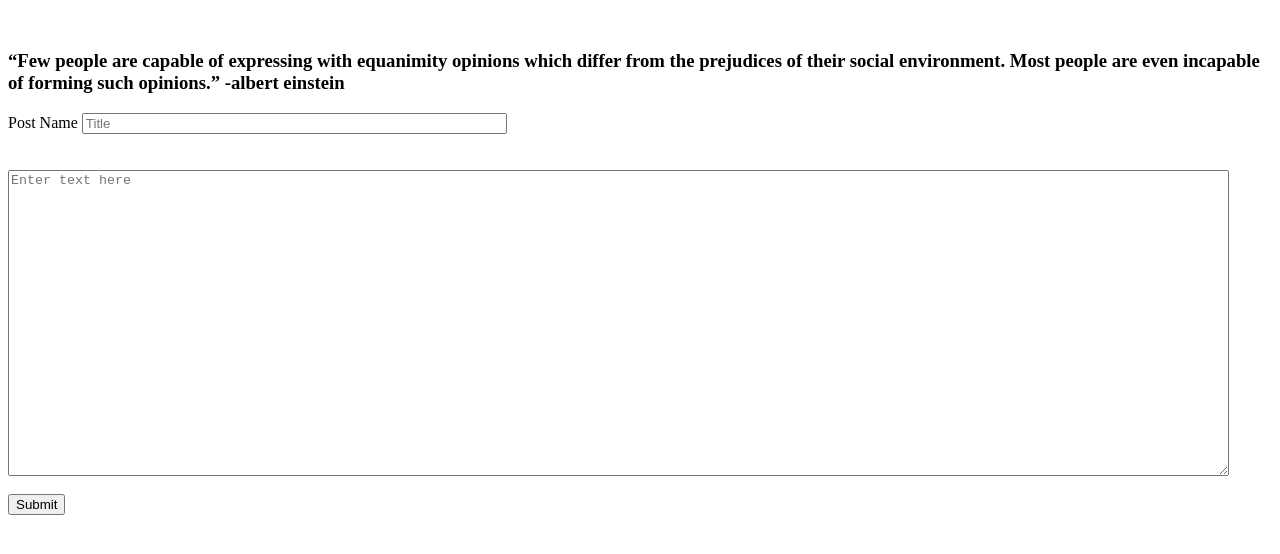
Repository: AnnieFisher/blog
Page: BlogMVC/WebContent/addPost.view.html
An editor plug-in stored every save of this project. The page is shown before and after the next save, followed by the edit.
The browser window is 1280 px wide. The pictures show the whole page.

Above is the page before, as saved 2016-12-18 05:02:24.

### BlogMVC/WebContent/addPost.view.html

<div class = "container">
	<div class = "row">
	  <div style="margin-top:50px">
	  	  <h3 class="quote" id="myQuote">“Few people are capable of expressing with equanimity opinions which differ from the prejudices of their social environment. Most people are even incapable of forming such opinions.” -albert einstein</h3>
		  <form id="addPost">
		  <label for="postName" class="sr-only">Post Name</label>
		  <input type="text" size = "50" ng-model="post.postName" name="postName" placeholder = "Title">
		  <br><br><br>
		  <textarea name="body" ng-model="post.body" placeholder = "Enter text here"
			wrap="hard" rows="20" cols="150"></textarea>
		   <br><br>

		   <button class="btn btn-success" ng-click =createPost(post)>Submit</button>
		   </form>
	   </div>
	</div>
</div>

After the next save:
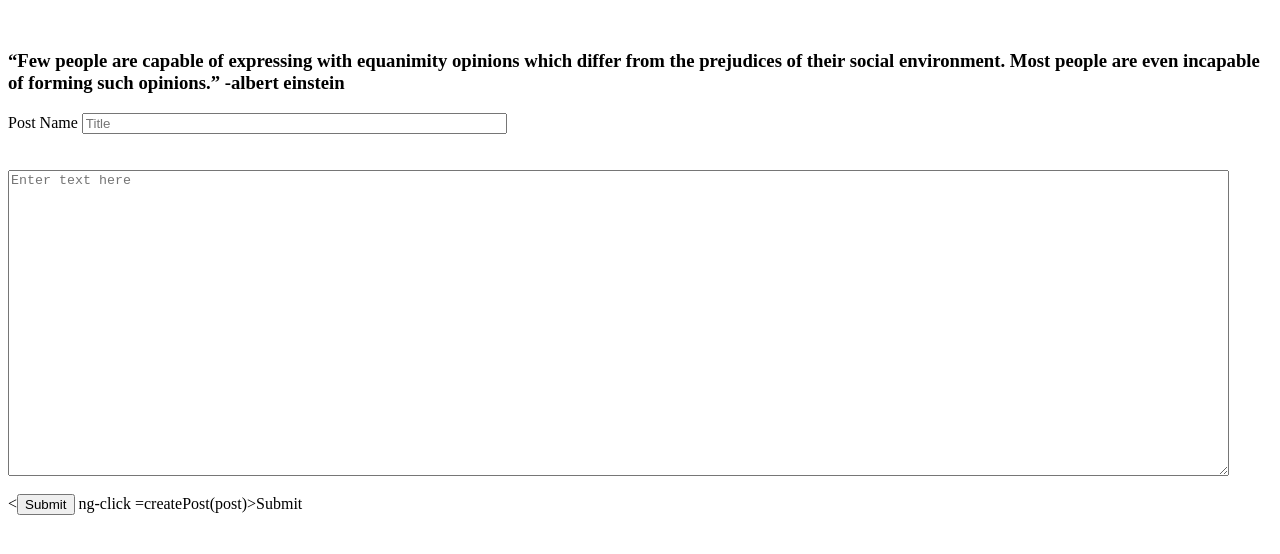
Saved 3 min 23 s later.
--- a/BlogMVC/WebContent/addPost.view.html
+++ b/BlogMVC/WebContent/addPost.view.html
@@ -11,7 +11,7 @@
 			wrap="hard" rows="20" cols="150"></textarea>
 		   <br><br>
 
-		   <button class="btn btn-success" ng-click =createPost(post)>Submit</button>
+		   <<input type="submit" value="Submit"> ng-click =createPost(post)>Submit</button>
 		   </form>
 	   </div>
 	</div>
